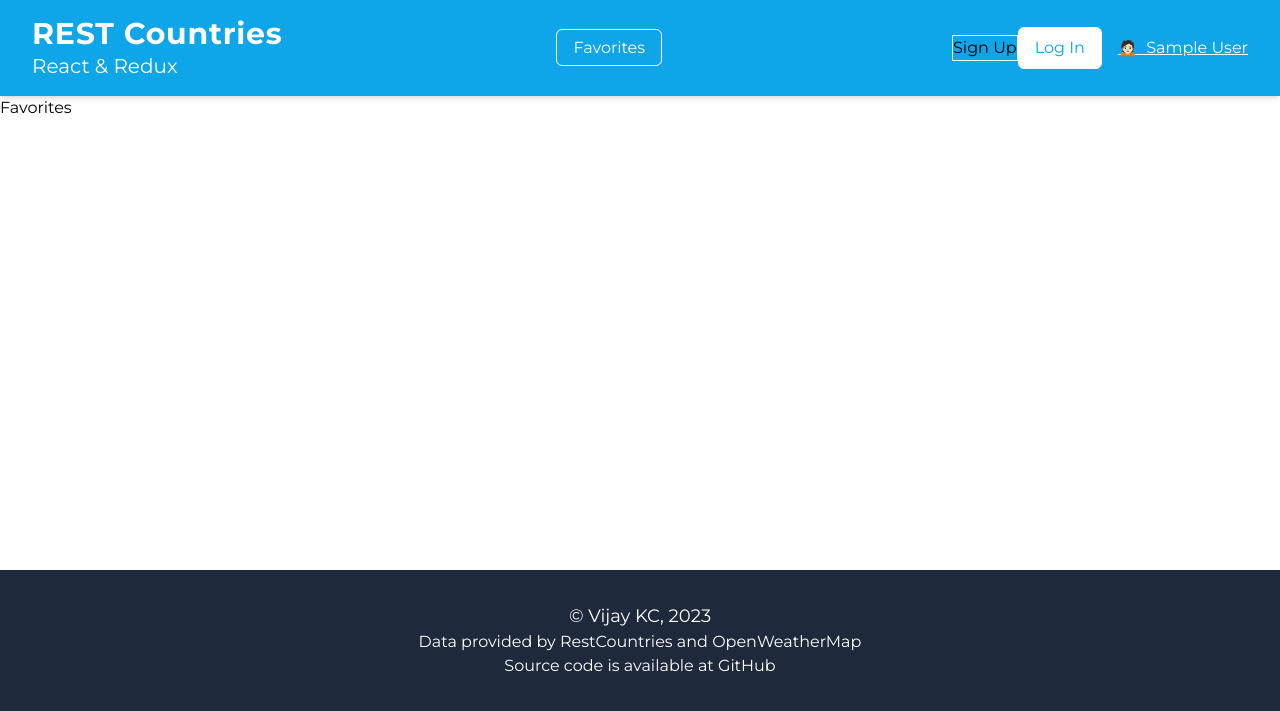
Repository: kcvijay/rest_countries_react_redux
Page: /favorites
An editor plug-in stored every save of this project. The page is shown before and after the next save, followed by the edit.
The browser window is 1280 px wide. The pictures show the whole page.
The project was rebuilt for these pictures with package versions that can differ from the ones it lists, and the page was loaded fresh each time. Also part of the build but not shown: src/components/Weather.jsx, src/components/SingleCountry.jsx, src/components/CountryCard.jsx, src/components/Home.jsx, src/components/NotFound.jsx.

Above is the page before, as saved 2023-03-20 20:40:38.

After the next save:
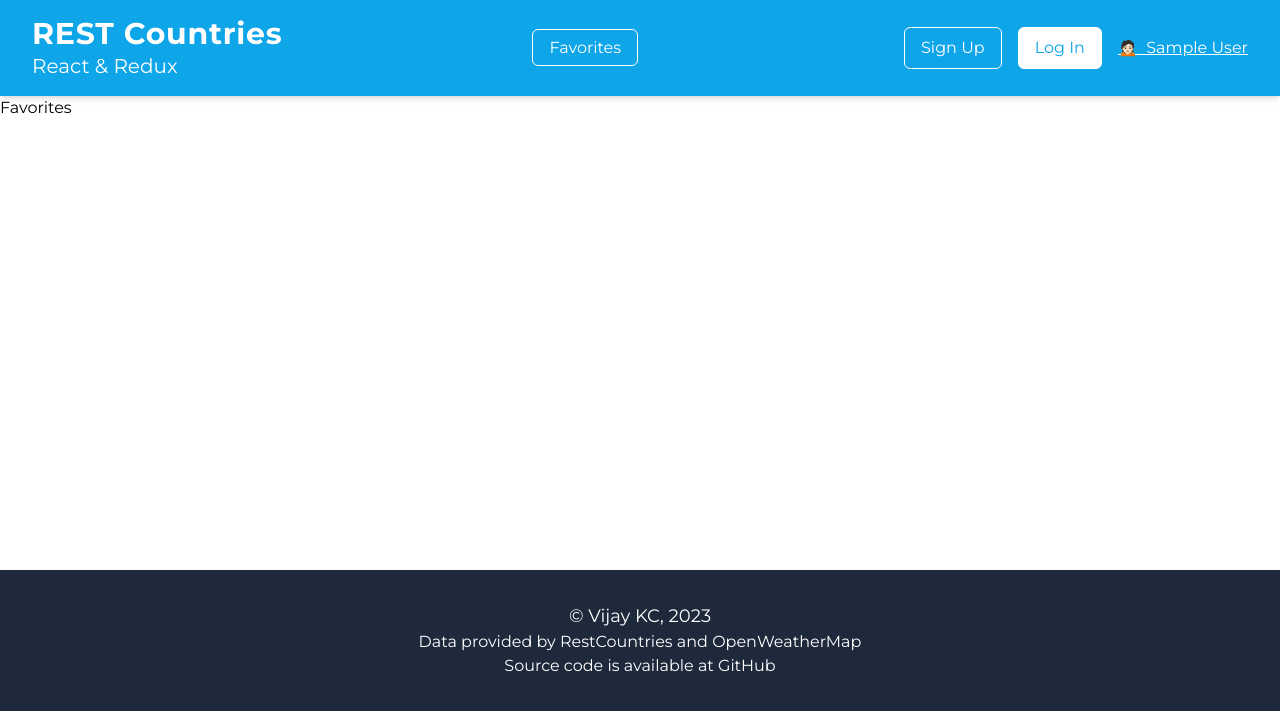
Saved 13 s later.
--- a/src/components/Header.jsx
+++ b/src/components/Header.jsx
@@ -23,7 +23,9 @@ const Header = () => {
       </div>
       <div className="flex justify-center items-center gap-4">
         <div>
-          <button className="border border-white ">Sign Up</button>
+          <button className="border border-white py-2 px-4 text-white rounded-md mr-4 hover:bg-white hover:text-sky-500 duration-300">
+            Sign Up
+          </button>
           <button className="border bg-white border-white py-2 px-4 text-sky-500 rounded-md  hover:bg-sky-500 hover:text-white duration-300">
             Log In
           </button>
